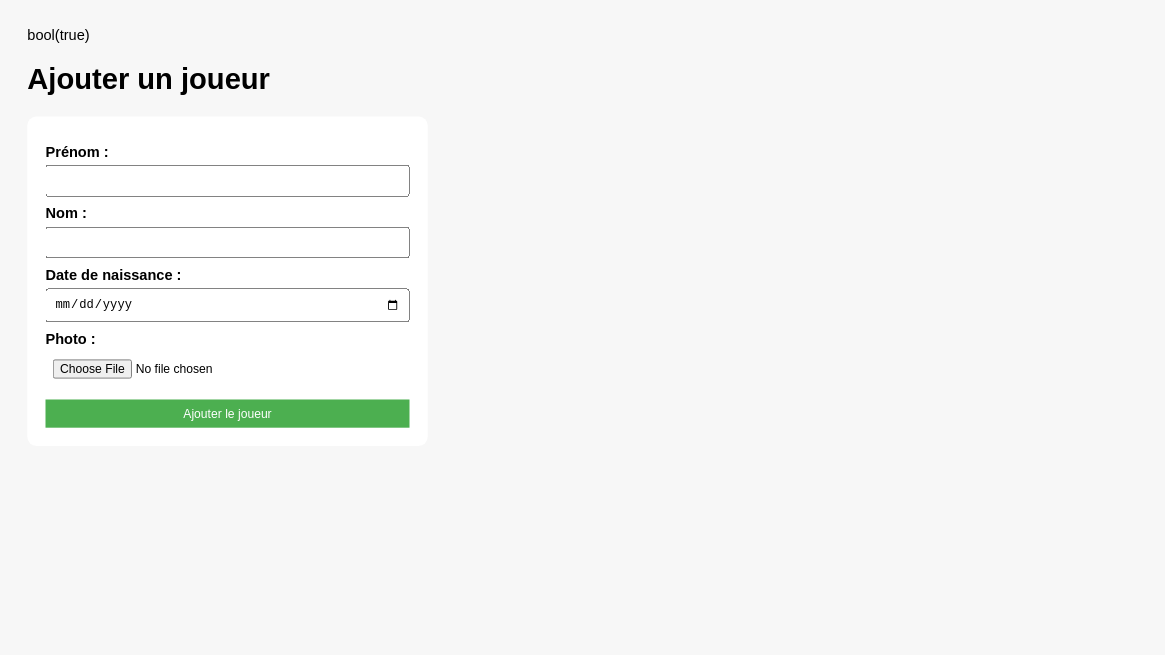
Repository: Valentin-Godard/Foot-2-Club
Page: http://localhost/public/index.php
The author's editor kept a copy of each file at every save. The page is drawn from the files as they stood at one save, then again after the next save.
The browser window is 1280 px wide. The pictures show the whole page, at 91% of full size.
The page is run by PHP 8.4 with error messages shown; the project is at /var/www/html/.

Above is the page before, as saved 2025-10-10 16:32:48.

### public/index.php
<?php

require_once __DIR__ . '/../src/autoload.php';
require_once __DIR__ . '/../includes/database.php';

use App\Model\Joueur;
use App\Enum\Role;
use App\Database\JoueurDatabase;

var_dump(class_exists('App\Enum\Role'));
$message = "";
$joueurDb = new JoueurDatabase($pdo);

// Si le formulaire est soumis
if ($_SERVER["REQUEST_METHOD"] === "POST") {
    $prenom = trim($_POST["prenom"]);
    $nom = trim($_POST["nom"]);
    $dateNaissance = new DateTime($_POST["date_naissance"]);

    // Gestion de la photo
    $photoName = "";
    if (!empty($_FILES["photo"]["name"])) {
        $uploadDir = __DIR__ . "/../public/uploads/";
        if (!is_dir($uploadDir)) {
            mkdir($uploadDir, 0777, true);
        }

        $photoName = basename($_FILES["photo"]["name"]);
        $targetPath = $uploadDir . $photoName;

        if (!move_uploaded_file($_FILES["photo"]["tmp_name"], $targetPath)) {
            $message = "❌ Erreur lors de l’upload de la photo.";
        }
    }

    // Si tout est valide
    if (empty($message)) {
        $joueur = new Joueur(
            null,
            $prenom,
            $nom,
            $dateNaissance,
            $photoName
        );

        // ➕ Ajout du joueur via JoueurDatabase
        $joueurDb->insert($joueur);

        $message = "✅ Joueur ajouté avec succès !";
    }
}
?>

<!DOCTYPE html>
<html lang="fr">
<head>
    <meta charset="UTF-8">
    <title>Ajouter un joueur</title>
    <style>
        body { font-family: Arial; margin: 30px; background-color: #f7f7f7; }
        form { background: white; padding: 20px; border-radius: 10px; width: 400px; }
        label { font-weight: bold; display: block; margin-top: 10px; }
        input, select, button { width: 100%; padding: 8px; margin-top: 5px; }
        button { background-color: #4CAF50; color: white; border: none; cursor: pointer; margin-top: 15px; }
        button:hover { background-color: #45a049; }
        .message { margin-top: 15px; font-weight: bold; }
    </style>
</head>
<body>
    <h1>Ajouter un joueur</h1>

    <?php if (!empty($message)): ?>
        <p class="message"><?= htmlspecialchars($message) ?></p>
    <?php endif; ?>

    <form method="POST" enctype="multipart/form-data">
        <label>Prénom :</label>
        <input type="text" name="prenom" required>

        <label>Nom :</label>
        <input type="text" name="nom" required>

        <label>Date de naissance :</label>
        <input type="date" name="date_naissance" required>

        <label>Photo :</label>
        <input type="file" name="photo" accept="image/*" required>

        <button type="submit">Ajouter le joueur</button>
    </form>

</body>
</html>

### src/autoload.php
<?php
spl_autoload_register(function($class) {
    $prefix = 'App\\';
    $base_dir = __DIR__ . '/';
    $len = strlen($prefix);

    if (strncmp($prefix, $class, $len) !== 0) {
        return;
    }

    $relative_class = substr($class, $len);
    $file = $base_dir . str_replace('\\', '/', $relative_class) . '.php';

    if (file_exists($file)) {
        require $file;
    }
});

### includes/database.php
<?php
$host = '127.0.0.1';
$db   = 'footclub';
$user = 'root';
$pass = '';
$charset = 'utf8mb4';

$dsn = "mysql:host=$host;dbname=$db;charset=$charset";
$options = [
    PDO::ATTR_ERRMODE => PDO::ERRMODE_EXCEPTION,
    PDO::ATTR_DEFAULT_FETCH_MODE => PDO::FETCH_ASSOC,
];

try {
    $pdo = new PDO($dsn, $user, $pass, $options);
} catch (\PDOException $e) {
    die("Erreur de connexion à la base : " . $e->getMessage());
}

### src/enum/role.php
<?php
namespace App\Enum;

enum Role: string {
    case ATTAQUANT = 'Attaquant';
    case DEFENSEUR = 'Défenseur';
    case MILIEU = 'Milieu';
    case GARDIEN = 'Gardien';
}

### src/Database/JoueurDatabase.php
<?php
namespace App\Database;

use App\Model\Joueur;
use PDO;
use DateTime;

class JoueurDatabase {
    private PDO $pdo;

    public function __construct(PDO $pdo) {
        $this->pdo = $pdo;
    }

    /**
     * Ajoute un joueur dans la base
     */
    public function insert(Joueur $joueur): void {
        $stmt = $this->pdo->prepare("
            INSERT INTO joueur (nom, prenom, date_de_naissance, photo)
            VALUES (:nom, :prenom, :date_de_naissance, :photo)
        ");

        $stmt->execute([
            ':nom' => $joueur->getNom(),
            ':prenom' => $joueur->getPrenom(),
            ':date_de_naissance' => $joueur->getBirthdate()->format("Y-m-d"),
            ':photo' => $joueur->getImage(),
        ]);
    }

    /**
     * Met à jour un joueur existant
     */
    public function update(Joueur $joueur): void {
        $stmt = $this->pdo->prepare("
            UPDATE joueurs
            SET nom = :nom, prenom = :prenom, date_de_naissance = :date_de_naissance, photo = :photo
            WHERE id = :id
        ");

        $stmt->execute([
            ':id' => $joueur->getId(),
            ':nom' => $joueur->getNom(),
            ':prenom' => $joueur->getPrenom(),
            ':date_de_naissance' => $joueur->getBirthdate()->format("Y-m-d"),
            ':photo' => $joueur->getImage(),
        ]);
    }

    /**
     * Récupère un joueur par son ID
     */
    public function findById(int $id): ?Joueur {
        $stmt = $this->pdo->prepare("SELECT * FROM joueurs WHERE id = ?");
        $stmt->execute([$id]);
        $data = $stmt->fetch(PDO::FETCH_ASSOC);

        if ($data) {
            return new Joueur(
                $data['id'],
                $data['prenom'],
                $data['nom'],
                new DateTime($data['date_de_naissance']),
                $data['photo']
            );
        }

        return null;
    }

    /**
     * Retourne la liste de tous les joueurs
     */
    public function findAll(): array {
        $stmt = $this->pdo->query("SELECT * FROM joueurs");
        $results = [];

        while ($data = $stmt->fetch(PDO::FETCH_ASSOC)) {
            $results[] = new Joueur(
                $data['id'],
                $data['prenom'],
                $data['nom'],
                new DateTime($data['date_de_naissance']),
                $data['photo']
            );
        }

        return $results;
    }

    /**
     * Supprime un joueur
     */
    public function delete(int $id): void {
        $stmt = $this->pdo->prepare("DELETE FROM joueurs WHERE id = ?");
        $stmt->execute([$id]);
    }
}

### src/Database/MatchDatabase.php
<?php
namespace App\Database;

use App\Model\MatchFoot;
use PDO;
use DateTime;

class MatchDatabase {
    private PDO $pdo;

    public function __construct(PDO $pdo) {
        $this->pdo = $pdo;
    }

    public function insert(MatchFoot $match): void {
        $stmt = $this->pdo->prepare("
            INSERT INTO matchs (date_match, ville, score_equipe, score_adverse, equipe_id, club_adverse_id)
            VALUES (?, ?, ?, ?, ?, ?)
        ");

        $stmt->execute([
            $match->getDate()->format("Y-m-d"),
            $match->getVille(),
            $match->getEquipe1Score(),
            $match->getEquipe2Score(),
            $match->getEquipeId(),
            $match->getAdversaireId()
        ]);
    }

    public function findAll(): array {
        $stmt = $this->pdo->query("SELECT * FROM matchs"); // attention, table "matchs"

        $matchs = [];
        while ($data = $stmt->fetch(PDO::FETCH_ASSOC)) {
            $matchs[] = new MatchFoot(
                $data['id'],
                $data['score_equipe'],
                $data['score_adverse'],
                new DateTime($data['date_match']),
                $data['ville'],
                $data['equipe_id'],
                $data['club_adverse_id']
            );
        }

        return $matchs;
    }
}

After the next save:
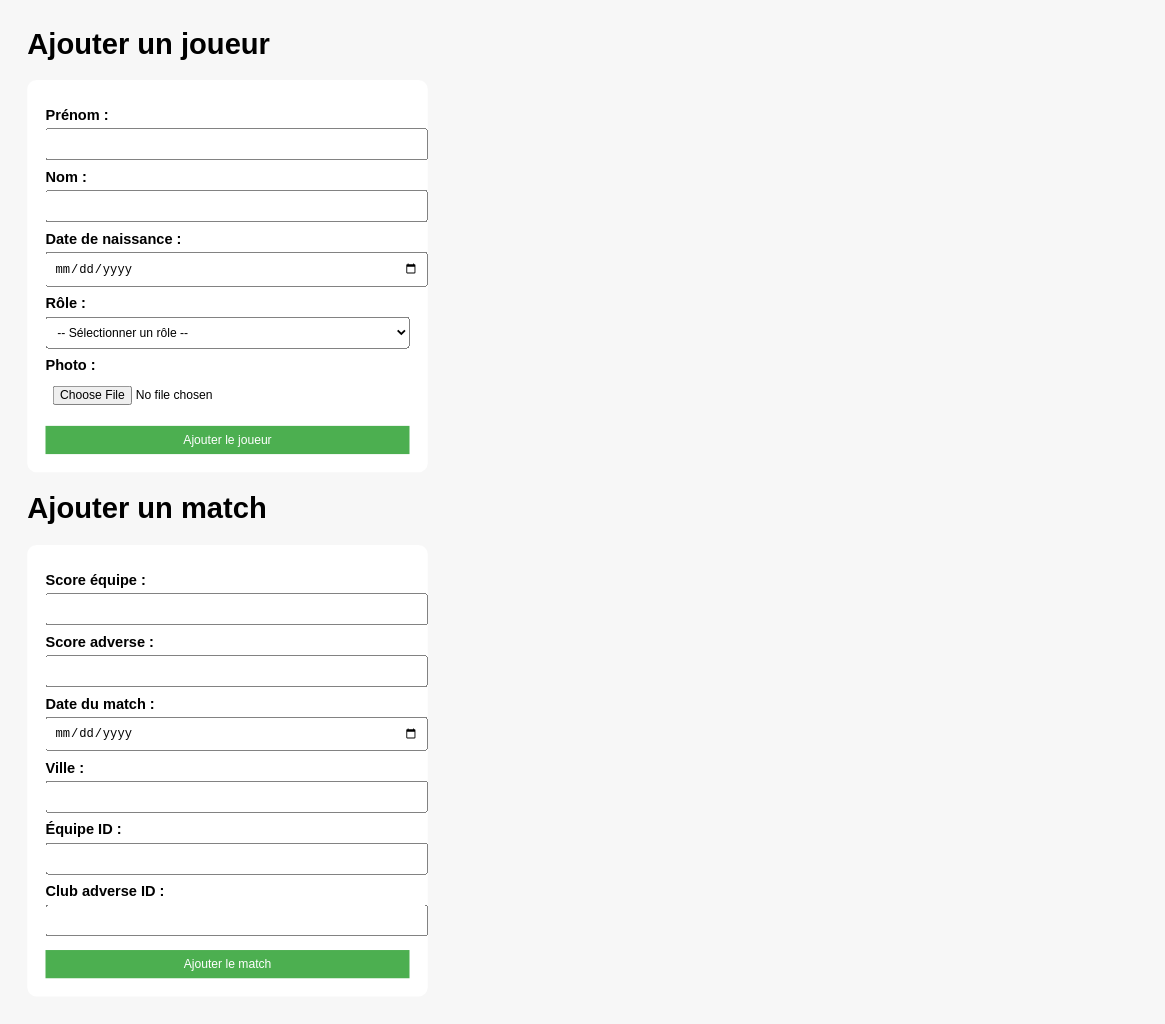
Saved 61 s later.
--- a/public/index.php
+++ b/public/index.php
@@ -1,64 +1,79 @@
 <?php
 
 require_once __DIR__ . '/../src/autoload.php';
-require_once __DIR__ . '/../includes/database.php';
+require_once __DIR__ . '/../includes/database.php'; // $pdo défini ici
 
 use App\Model\Joueur;
+use App\Model\MatchFoot;
 use App\Enum\Role;
 use App\Database\JoueurDatabase;
+use App\Database\MatchDatabase;
 
-var_dump(class_exists('App\Enum\Role'));
 $message = "";
+
+// Instanciation des objets Database
 $joueurDb = new JoueurDatabase($pdo);
+$matchDb = new MatchDatabase($pdo);
 
-// Si le formulaire est soumis
-if ($_SERVER["REQUEST_METHOD"] === "POST") {
+// --- Gestion du formulaire Joueur ---
+if ($_SERVER["REQUEST_METHOD"] === "POST" && isset($_POST['form_type']) && $_POST['form_type'] === 'joueur') {
     $prenom = trim($_POST["prenom"]);
     $nom = trim($_POST["nom"]);
     $dateNaissance = new DateTime($_POST["date_naissance"]);
+    $roleValue = $_POST["role"] ?? null;
+
+    // Validation du rôle
+    $role = null;
+    try {
+        $role = Role::from($roleValue);
+    } catch (ValueError $e) {
+        $message = "❌ Rôle invalide.";
+    }
 
     // Gestion de la photo
     $photoName = "";
     if (!empty($_FILES["photo"]["name"])) {
-        $uploadDir = __DIR__ . "/../public/uploads/";
-        if (!is_dir($uploadDir)) {
-            mkdir($uploadDir, 0777, true);
-        }
-
+        $uploadDir = __DIR__ . "/uploads/";
+        if (!is_dir($uploadDir)) mkdir($uploadDir, 0777, true);
         $photoName = basename($_FILES["photo"]["name"]);
         $targetPath = $uploadDir . $photoName;
-
         if (!move_uploaded_file($_FILES["photo"]["tmp_name"], $targetPath)) {
             $message = "❌ Erreur lors de l’upload de la photo.";
         }
     }
 
-    // Si tout est valide
-    if (empty($message)) {
-        $joueur = new Joueur(
-            null,
-            $prenom,
-            $nom,
-            $dateNaissance,
-            $photoName
-        );
-
-        // ➕ Ajout du joueur via JoueurDatabase
+    // Création du joueur
+    if (empty($message) && $role !== null) {
+        $joueur = new Joueur(null, $prenom, $nom, $dateNaissance, $role, $photoName);
         $joueurDb->insert($joueur);
-
         $message = "✅ Joueur ajouté avec succès !";
     }
 }
+
+// --- Gestion du formulaire Match ---
+if ($_SERVER["REQUEST_METHOD"] === "POST" && isset($_POST['form_type']) && $_POST['form_type'] === 'match') {
+    $scoreEquipe = $_POST["score_equipe"];
+    $scoreAdverse = $_POST["score_adverse"];
+    $dateMatch = new DateTime($_POST["date_match"]);
+    $ville = trim($_POST["ville"]);
+    $equipeId = (int)$_POST["equipe_id"];
+    $adversaireId = (int)$_POST["club_adverse_id"];
+
+    $match = new MatchFoot(null, $scoreEquipe, $scoreAdverse, $dateMatch, $ville, $equipeId, $adversaireId);
+    $matchDb->insert($match);
+    $message = "✅ Match ajouté avec succès !";
+}
+
 ?>
 
 <!DOCTYPE html>
 <html lang="fr">
 <head>
     <meta charset="UTF-8">
-    <title>Ajouter un joueur</title>
+    <title>Gestion FootDeClub</title>
     <style>
         body { font-family: Arial; margin: 30px; background-color: #f7f7f7; }
-        form { background: white; padding: 20px; border-radius: 10px; width: 400px; }
+        form { background: white; padding: 20px; border-radius: 10px; width: 400px; margin-bottom: 20px; }
         label { font-weight: bold; display: block; margin-top: 10px; }
         input, select, button { width: 100%; padding: 8px; margin-top: 5px; }
         button { background-color: #4CAF50; color: white; border: none; cursor: pointer; margin-top: 15px; }
@@ -73,21 +88,45 @@ if ($_SERVER["REQUEST_METHOD"] === "POST") {
         <p class="message"><?= htmlspecialchars($message) ?></p>
     <?php endif; ?>
 
+    <!-- Formulaire Joueur -->
     <form method="POST" enctype="multipart/form-data">
+        <input type="hidden" name="form_type" value="joueur">
         <label>Prénom :</label>
         <input type="text" name="prenom" required>
-
         <label>Nom :</label>
         <input type="text" name="nom" required>
-
         <label>Date de naissance :</label>
         <input type="date" name="date_naissance" required>
-
+        <label>Rôle :</label>
+        <select name="role" required>
+            <option value="">-- Sélectionner un rôle --</option>
+            <?php foreach (Role::cases() as $case): ?>
+                <option value="<?= $case->value ?>"><?= $case->value ?></option>
+            <?php endforeach; ?>
+        </select>
         <label>Photo :</label>
         <input type="file" name="photo" accept="image/*" required>
-
         <button type="submit">Ajouter le joueur</button>
     </form>
 
+    <h1>Ajouter un match</h1>
+
+    <!-- Formulaire Match -->
+    <form method="POST">
+        <input type="hidden" name="form_type" value="match">
+        <label>Score équipe :</label>
+        <input type="text" name="score_equipe" required>
+        <label>Score adverse :</label>
+        <input type="text" name="score_adverse" required>
+        <label>Date du match :</label>
+        <input type="date" name="date_match" required>
+        <label>Ville :</label>
+        <input type="text" name="ville" required>
+        <label>Équipe ID :</label>
+        <input type="number" name="equipe_id" required>
+        <label>Club adverse ID :</label>
+        <input type="number" name="club_adverse_id" required>
+        <button type="submit">Ajouter le match</button>
+    </form>
 </body>
 </html>
